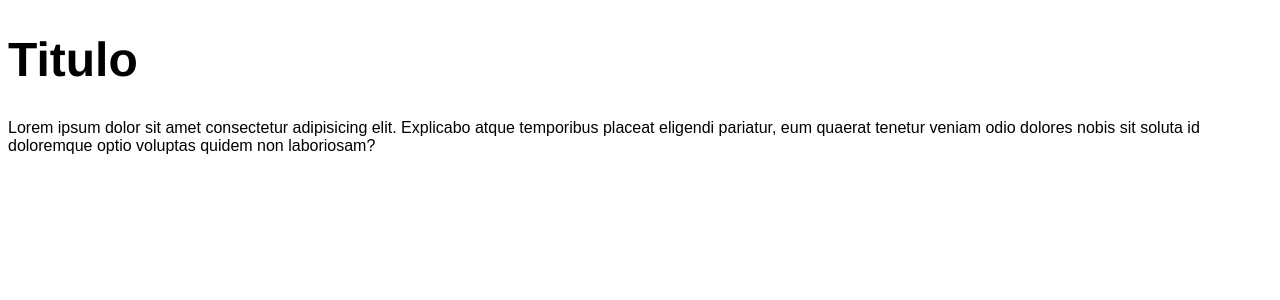
Repository: Iamjordana/html-css
Page: Html Css/Exercicios/ex018/fonte02.html
These files come from the project's save history. The page is drawn as it stood at one moment and after a run of saves; the edit follows.
The browser window is 1280 px wide. The pictures show the whole page.
Some web fonts or font styles are not loaded; a fallback is used.

Above is the page before, as saved 2025-02-18 09:38:05.

### Html Css/Exercicios/ex018/fonte02.html
<!DOCTYPE html>
<html lang="pt-br">
<head>
    <meta charset="UTF-8">
    <meta name="viewport" content="width=device-width, initial-scale=1.0">
    <title>Fontes Externas </title>
</head>
    <style>
        @font-face{
            font-family: 'October Wish';
            src: url('October Wish.otf') format(opentype);
            font-weight: normal;
            font-style: normal;
        }
        /*
            Tipos de format()
            - opentype (otf)
            - truetype (ttf)
            - embedded-opentype (eot)
            - truetype-aat (Apple Advanced Typography)
            - svg
        */
        body{
            font-family: Arial, Helvetica, sans-serif;
        }
        h1{
            font-family:'Franklin Gothic Medium', 'Arial Narrow', Arial, sans-serif;
            font-size: 3em;
        }
    </style>

<body>
    <h1>Titulo</h1>
    <p>Lorem ipsum dolor sit amet consectetur adipisicing elit. Explicabo atque temporibus placeat eligendi pariatur, eum quaerat tenetur veniam odio dolores nobis sit soluta id doloremque optio voluptas quidem non laboriosam?</p>
</body>
</html>

After the next 3 saves:
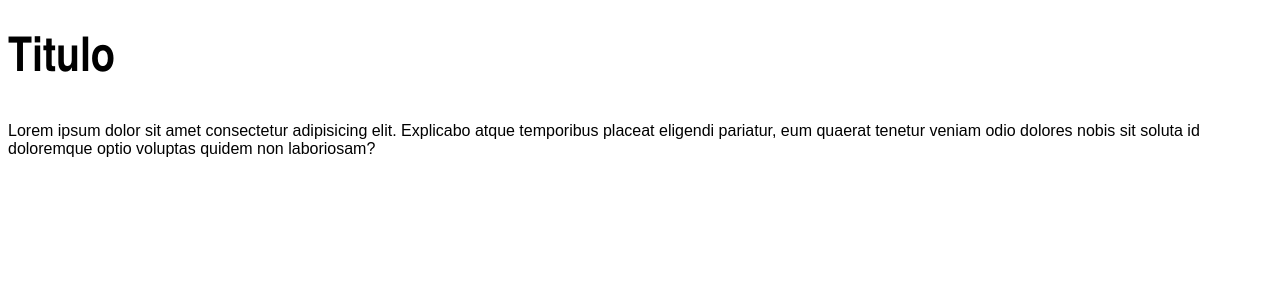
The 3 saves are shown as one change because they came seconds apart.
The last was saved 18 s later.
--- a/Html Css/Exercicios/ex018/fonte02.html
+++ b/Html Css/Exercicios/ex018/fonte02.html
@@ -24,7 +24,7 @@
             font-family: Arial, Helvetica, sans-serif;
         }
         h1{
-            font-family:'Franklin Gothic Medium', 'Arial Narrow', Arial, sans-serif;
+            font-family:'October Wish', 'Arial Narrow', Arial, sans-serif;
             font-size: 3em;
         }
     </style>

After the 2 saves that followed:
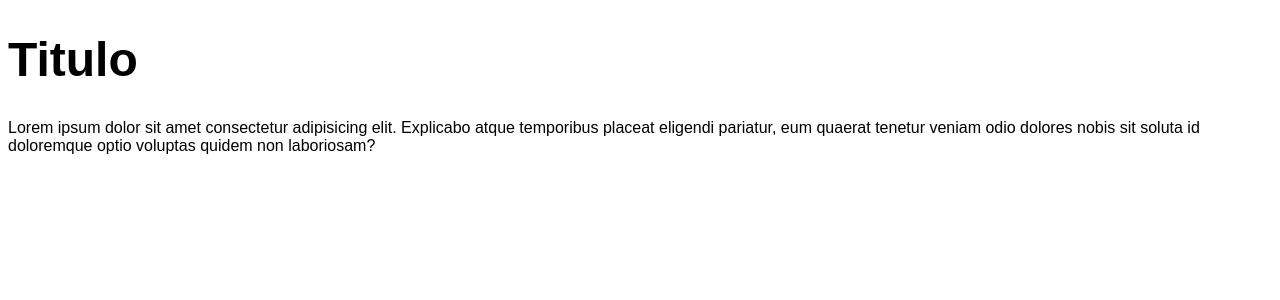
The 2 saves are shown as one change because they came seconds apart.
The last was saved 17 s later.
--- a/Html Css/Exercicios/ex018/fonte02.html
+++ b/Html Css/Exercicios/ex018/fonte02.html
@@ -24,7 +24,7 @@
             font-family: Arial, Helvetica, sans-serif;
         }
         h1{
-            font-family:'October Wish', 'Arial Narrow', Arial, sans-serif;
+            font-family:'October Wish', 'Times ', Times, serif sans-serif;
             font-size: 3em;
         }
     </style>
